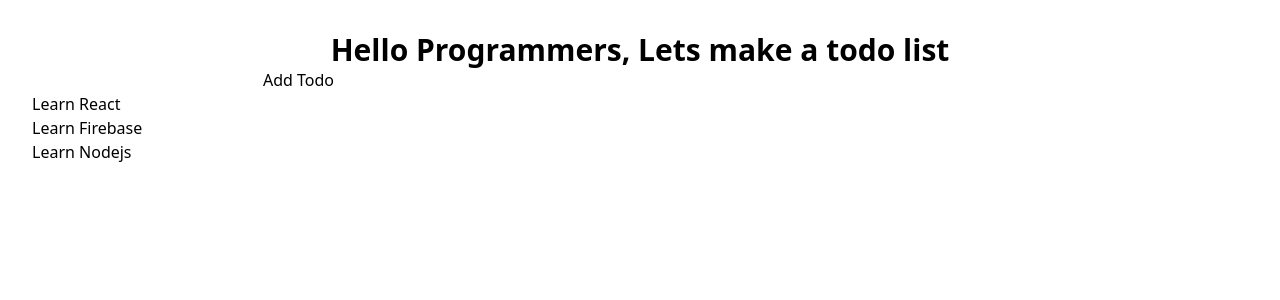
Repository: Shamraiz761/todo_list
Page: /
An editor plug-in stored every save of this project. The page is shown before and after a run of saves, followed by the edit.
The browser window is 1280 px wide. The pictures show the whole page.
The project was rebuilt for these pictures with package versions that can differ from the ones it lists, and the page was loaded fresh each time. Also part of the build but not shown: vite.config.js.

Above is the page before, as saved 2024-01-11 22:35:21.

### src/App.jsx
import { useState } from "react";


function App() {
  const [todo, setTodo] = useState([
    "Learn React",
    "Learn Firebase",
    "Learn Nodejs",
  ]);
  const [input, setInput] = useState("");
  const addTodo = (e) => {
    e.preventDefault();
    setTodo([...todo, input]);
    setInput("");
  };

  return (
    <div className="m-5 p-3 ">

      <h1 className="text-3xl font-bold  text-center">Hello Programmers, Lets make a todo list</h1>
      <div className="flex justify-center items-center"></div>
      <div>
        <form>
        <input
          type="text"
          value={input}
          onChange={(e) => {
            setInput(e.target.value);
          }}
        />
        <button onClick={addTodo}>Add Todo</button>
      </form>
      <ul>
        {todo.map((item , index) => {
          return <li key={index}>{item}</li>;
        })}
      </ul>
    </div>
    </div>
  );
}

export default App;

Loaded but not shown: index.html (common file); src/main.jsx (common file); src/index.css (common file); tailwind.config.js (common file)

After the next 3 saves:
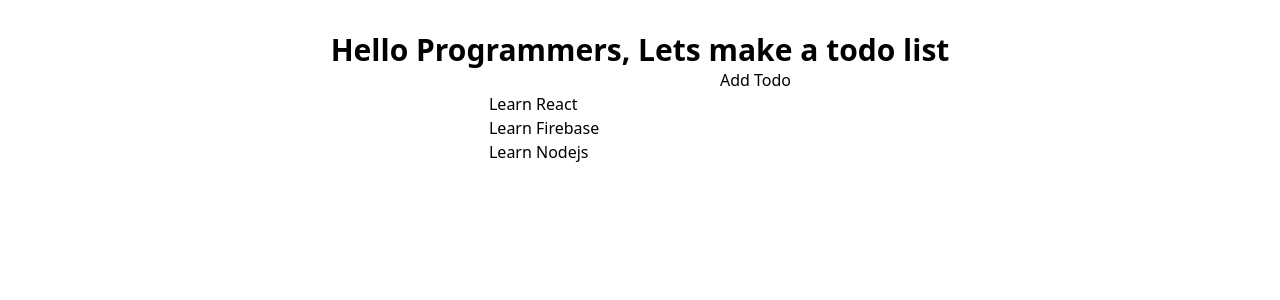
The 3 saves are shown as one change because 1 did not build or start and some came seconds apart.
The last was saved 11 s later.
--- a/src/App.jsx
+++ b/src/App.jsx
@@ -1,5 +1,4 @@
 import { useState } from "react";
-
 
 function App() {
   const [todo, setTodo] = useState([
@@ -16,26 +15,28 @@ function App() {
 
   return (
     <div className="m-5 p-3 ">
-
-      <h1 className="text-3xl font-bold  text-center">Hello Programmers, Lets make a todo list</h1>
-      <div className="flex justify-center items-center"></div>
-      <div>
-        <form>
-        <input
-          type="text"
-          value={input}
-          onChange={(e) => {
-            setInput(e.target.value);
-          }}
-        />
-        <button onClick={addTodo}>Add Todo</button>
-      </form>
-      <ul>
-        {todo.map((item , index) => {
-          return <li key={index}>{item}</li>;
-        })}
-      </ul>
-    </div>
+      <h1 className="text-3xl font-bold  text-center">
+        Hello Programmers, Lets make a todo list
+      </h1>
+      <div className="flex justify-center items-center">
+        <div>
+          <form>
+            <input
+              type="text"
+              value={input}
+              onChange={(e) => {
+                setInput(e.target.value);
+              }}
+            />
+            <button onClick={addTodo}>Add Todo</button>
+          </form>
+          <ul>
+            {todo.map((item, index) => {
+              return <li key={index}>{item}</li>;
+            })}
+          </ul>
+        </div>
+      </div>
     </div>
   );
 }
